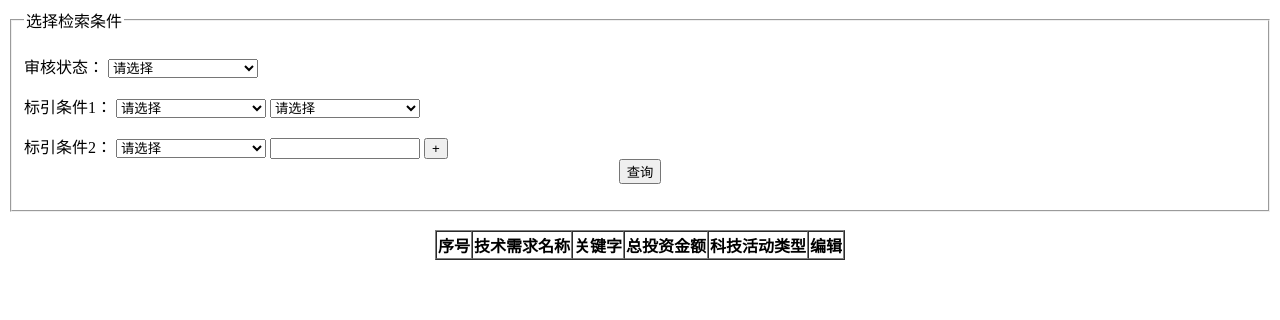
Repository: ZhangZuoxiu/homework
Page: http://localhost/HebeiZhongdaxuqiu/Need/NeedSearch.jsp
The author's editor kept a copy of each file at every save. The page is drawn from the files as they stood at one save, then again after the next save.
The browser window is 1280 px wide. The pictures show the whole page.
The page is served by Tomcat 9. Nobody is signed in. The application's start-up code is not run. Other server files are loaded and not shown.

Above is the page before, as saved 2017-05-16 13:14:40.

### HebeiZhongdaxuqiu1/HebeiZhongdaxuqiu/WebRoot/Need/NeedSearch.jsp
<%@ page language="java" import="java.util.*" pageEncoding="UTF-8"%>
<%
String path = request.getContextPath();
String basePath = request.getScheme()+"://"+request.getServerName()+":"+request.getServerPort()+path+"/";
%>

<!DOCTYPE HTML PUBLIC "-//W3C//DTD HTML 4.01 Transitional//EN">
<html>
  <head>
    <base href="<%=basePath%>">

    <title>需求检索页面</title>

	<meta http-equiv="pragma" content="no-cache">
	<meta http-equiv="cache-control" content="no-cache">
	<meta http-equiv="expires" content="0">
	<meta http-equiv="keywords" content="keyword1,keyword2,keyword3">
	<meta http-equiv="description" content="This is my page">
	<!--
	<link rel="stylesheet" type="text/css" href="styles.css">
	-->

  </head>

  <body>
    <div>
<fieldset>
<legend>选择检索条件</legend>
  <p>	审核状态：
    <label for="ExmainState"></label>
    <select name="Zhuangtai" id="Zhuangtai" style="width:150px">
      <option value="">请选择</option>
      <option value="未审核">未审核</option>
      <option value="形式审核通过">形式审核通过</option>
      <option value="形式审核未通过">形式审核未通过</option>
      <option value="部门审核通过">部门审核通过</option>
      <option value="部门审核未通过">部门审核未通过</option>
    </select>
    </p>
  <p>标引条件1：
  <label for="Biaoyin1"></label>
    <select name="Biaoyin1" id="Biaoyin1" style="width:150px" onchange="change()">
      <option value="">请选择</option>
      <option value="I.GKGLBM">归口管理部门</option>
      <option value="I.SZDY">所在地域</option>
      <option value="I.JGSX">机构属性</option>
      <option value="n.JSXQJJFS">技术需求解决方式</option>
      <option value="n.KJHDLX">科技活动类型</option>
      <option value="n.GLCSBM">管理处室</option>
    </select>
    <select name="Tiaojian1" id="Tiaojian1" style="width:150px">
    <option value="">请选择<option>
  	</select>
  </p>
  <p>
  	<div id="t2">
  	标引条件2：
    <label for="Biaoyin2"></label>
    <select name="Biaoyin2" id="Biaoyin2" style="width:150px">
      <option value="">请选择</option>
      <option value="I.JGQC">机构全称</option>
      <option value="I.FRDB">法人代表</option>
      <option value="I.LXR">联系人</option>
      <option value="n.JSXQMC">技术需求名称</option>
      <option value="n.GJZ">关键字</option>
      <option value="n.JHZTZ">计划总投资</option>
      <option value="n.XKFL">学科分类</option>
      <option value="n.XQJSSSLY">需求技术所属领域</option>
      <option value="n.XQJSYYHY">需求技术应用行业</option>
    </select>
    <input type="text" name="Tiaojian2" id="Tiaojian2" style="width:150px"/>
    <input type="button" value="+" onclick="tiaojianAdd()"></br>
    </div>
    <div id="t3"></div>
    <center><input type="button" name="Chaxun" id="Chaxun" value="查询" onclick ="getNeedsbyTiaojian()" style="outline:none" /></center>
  </p>

  </fieldset>

<br>
</div>
<div>
	<table border="1" align="center" cellspacing="0" id="needTable">
	<thead>
	<tr>
		<th>序号</th>
		<th>技术需求名称</th>
		<th>关键字</th>
		<th>总投资金额</th>
		<th>科技活动类型</th>
		<th>编辑</th>
	</tr>
	</thead>
	<tbody></tbody>
	</table>
</div>

<script src="jquery/jquery2.0.0.min.js"></script>
<script type="text/javascript" charset="gbk" src="JS1/NeedSearch.js">
</script>

  </body>
</html>

### HebeiZhongdaxuqiu1/HebeiZhongdaxuqiu/WebRoot/JS1/NeedSearch.js
 function change(){
	  var pro = $("#Biaoyin1");
	  var provalue = pro.find("option:selected").text();
	  var tiaojian = $("#Tiaojian1");
	  tiaojian.empty();//清空城市下拉框
	  tiaojian.append($("<option>请选择</option>"));
	  switch(provalue){
	  case "机构属性":

		  tiaojian.append($("<option>企业</option>"));
		  tiaojian.append($("<option>高等院校</option>"));
		  tiaojian.append($("<option>研究机构</option>"));
		  tiaojian.append($("<option>其他</option>"));
		  break;
     	  case "所在地域":
     		 // tiaojian.append($("<option>请选择</option>"));
			  tiaojian.append($("<option>石家庄市</option>"));
			  tiaojian.append($("<option>唐山市</option>"));
			  tiaojian.append($("<option>秦皇岛市</option>"));
			  tiaojian.append($("<option>邯郸市</option>"));
			  tiaojian.append($("<option>邢台市</option>"));
			  tiaojian.append($("<option>保定市</option>"));
			  tiaojian.append($("<option>张家口市</option>"));
			  tiaojian.append($("<option>承德市</option>"));
			  tiaojian.append($("<option>沧州市</option>"));
			  tiaojian.append($("<option>廊坊市</option>"));
			  tiaojian.append($("<option>衡水市</option>"));
			  tiaojian.append($("<option>定州市</option>"));
			  tiaojian.append($("<option>辛集市</option>"));
			  tiaojian.append($("<option>其他</option>"));
			  break;
     case "归口管理部门":
    	 tiaojian.append($("<option>请选择</option>"));
    	 var dep;

    	 $.getJSON("loadGkglbms", function(data) {
    			$("#Tiaojian1").html("");//Tiaojian1
    			$("#Tiaojian1").append("<option value=''>请选择</option>");
    			$.each(data.gkglbms, function(i, item) {
    				$("#Tiaojian1").append(
    						"<option value='"+ item.department+"'>"+item.department+"</option>");
    			});
    		});

		  break;
     case "技术需求解决方式":
    	//  tiaojian.append($("<option>请选择</option>"));
		  tiaojian.append($("<option>独立研发</option>"));
		  tiaojian.append($("<option>委托研发</option>"));
		  tiaojian.append($("<option>合作研发</option>"));
		  tiaojian.append($("<option>其他</option>"));
		  break;
     case "科技活动类型":
    //	  tiaojian.append($("<option>请选择</option>"));
		  tiaojian.append($("<option>基础研究</option>"));
		  tiaojian.append($("<option>应用研究</option>"));
		  tiaojian.append($("<option>试验发展</option>"));
		  tiaojian.append($("<option>研究与试验发展成果应</option>"));
		  tiaojian.append($("<option>技术推广与科技服务</option>"));
		  tiaojian.append($("<option>生产性活动</option>"));
		  break;
     case "管理处室":
    	//  tiaojian.append($("<option>请选择</option>"));
		  tiaojian.append($("<option>办公室</option>"));
		  tiaojian.append($("<option>人事处</option>"));
		  tiaojian.append($("<option>机关党委</option>"));
		  tiaojian.append($("<option>政策法规处</option>"));
		  tiaojian.append($("<option>计划财务处</option>"));
		  tiaojian.append($("<option>平台与基础处</option>"));
		  tiaojian.append($("<option>国际合作处</option>"));
		  tiaojian.append($("<option>高新技术处</option>"));
		  tiaojian.append($("<option>农村科技处</option>"));
		  tiaojian.append($("<option>社会发展处</option>"));
		  tiaojian.append($("<option>成果与市场处</option>"));
		  tiaojian.append($("<option>监察室</option>"));
		  tiaojian.append($("<option>离退休干部处</option>"));
		  tiaojian.append($("<option>知识产权局</option>"));
		  tiaojian.append($("<option>半干旱中心</option>"));
		  tiaojian.append($("<option>山办</option>"));
		  tiaojian.append($("<option>机关服务中心</option>"));
		  tiaojian.append($("<option>科技研发中心</option>"));
		  tiaojian.append($("<option>科技情报研究院</option>"));
		  tiaojian.append($("<option>器材公司</option>"));
		  tiaojian.append($("<option>基金办</option>"));
		  tiaojian.append($("<option>档案馆</option>"));
		  tiaojian.append($("<option>科技管理信息中心</option>"));
		  tiaojian.append($("<option>科技投资中心</option>"));
		  tiaojian.append($("<option>成果转换中心</option>"));
		  tiaojian.append($("<option>中小企业创新资金管理中心</option>"));
		  tiaojian.append($("<option>对外交流中心</option>"));

		  break;
	  }
  }

 function tiaojianAdd(){
	 $("#t3").append($("#t2").clone());
 }



 function getNeedsbyTiaojian(){
	 var Zhuangtai = $("#Zhuangtai").val();
	 var ZhuangtaiTiaojian="";
	 var ZhuangtaiVal ="";
	 if(Zhuangtai=='未审核')
	 {
		 ZhuangtaiTiaojian = "XSSFSH";
		 ZhuangtaiVal = "0";
	 }
	 else if(Zhuangtai=='形式审核通过')
	 {
		 ZhuangtaiTiaojian = "XSSFSH";
		 ZhuangtaiVal = "1";
	 }
	 else if(Zhuangtai=='形式审核未通过')
	 {
		 ZhuangtaiTiaojian = "XSSFSH";
		 ZhuangtaiVal = "2";
	 }
	 else if(Zhuangtai=='部门审核通过')
	 {
		 ZhuangtaiTiaojian = "BMSFSH";
		 ZhuangtaiVal = "1";
	 }
	 else if(Zhuangtai=='部门审核未通过')
	 {
		 ZhuangtaiTiaojian = "BMSFSH";
		 ZhuangtaiVal = "2";
	 }else
	 {
		 ZhuangtaiTiaojian = "";
		 ZhuangtaiVal = "";
	 }

	 alert(ZhuangtaiTiaojian+":"+ZhuangtaiVal);
	 var Biaoyin1 = $("#Biaoyin1").val();
	 var Tiaojian1 = $("#Tiaojian1").val();
	 var Biaoyin2 = $("#Biaoyin2").val();
	 var Tiaojian2 = $("#Tiaojian2").val();
	 $.ajax({
		 type:"post",
		 dataType:"text",
		 url:"getNeedsbyTiaojian",
		 data:{
			 'ZhuangtaiTiaojian': ZhuangtaiTiaojian,
			 'ZhuangtaiVal' :ZhuangtaiVal,
			 'Biaoyin1' : Biaoyin1,
			 'Tiaojian1' : Tiaojian1,
			 'Biaoyin2' : Biaoyin2,
			 'Tiaojian2' : Tiaojian2
		 },
		 success:function(data)
		 {
			 var data1 = eval("("+data+")");
			 $("#needTable tbody").html("");
			 /*alert(data1.needs.);*/
			 $.each(data1.needVoIns, function(i, item) {
			 $("#needTable tbody").append('<tr><td>'+item.WJID+'</td>'
	    				 +'<td>'+item.JSXQMC+'</td>'
	    				 +'<td>'+item.GJZ+'</td>'
	    				 +'<td>'+item.JHZTZ+'</td>'
	    				 +'<td>'+item.KJHDLX+'</td>'
	    				 +'<td><a href="#">查看</a></td></tr>'
	    		 );
			 });
		 }
	 });
 }

Loaded but not shown: HebeiZhongdaxuqiu1/HebeiZhongdaxuqiu/WebRoot/jquery/jquery2.0.0.min.js (library)

After the next save:
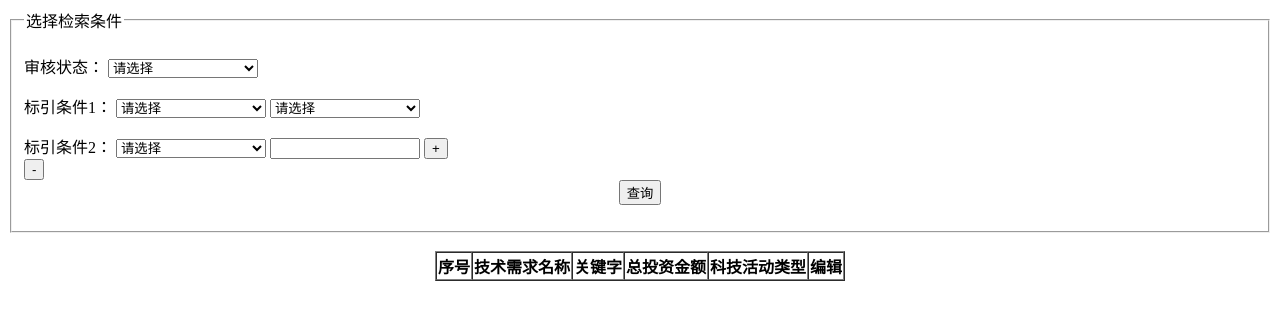
Saved 98 s later.
--- a/HebeiZhongdaxuqiu1/HebeiZhongdaxuqiu/WebRoot/Need/NeedSearch.jsp
+++ b/HebeiZhongdaxuqiu1/HebeiZhongdaxuqiu/WebRoot/Need/NeedSearch.jsp
@@ -70,6 +70,7 @@ String basePath = request.getScheme()+"://"+request.getServerName()+":"+request.
     </select>
     <input type="text" name="Tiaojian2" id="Tiaojian2" style="width:150px"/>
     <input type="button" value="+" onclick="tiaojianAdd()"></br>
+    <input type="button" value="-" onclick="tiaojiandelete()"></br>
     </div>
     <div id="t3"></div>
     <center><input type="button" name="Chaxun" id="Chaxun" value="查询" onclick ="getNeedsbyTiaojian()" style="outline:none" /></center>
